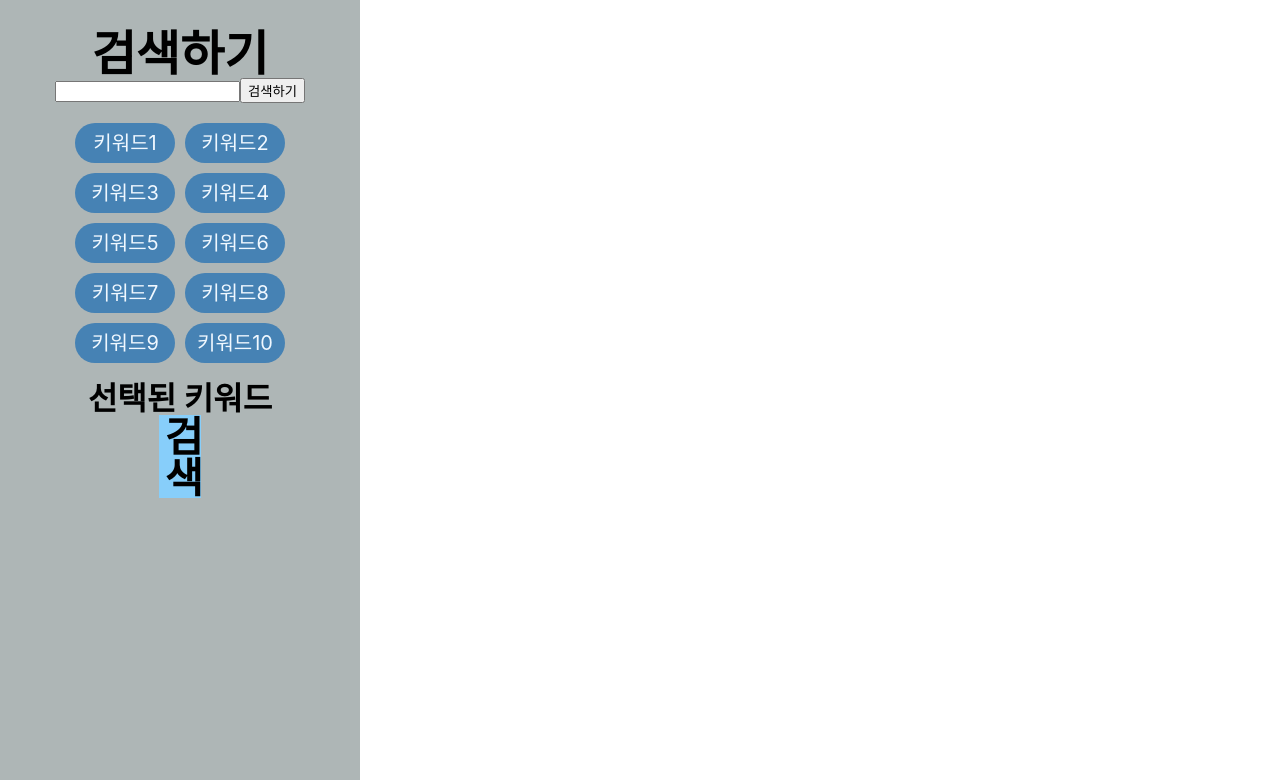
Repository: sunoo-lee/Star-Explore
Page: /
These files come from the project's save history. The page is drawn as it stood at one moment and after a run of saves; the edit follows.
The browser window is 1280 px wide. The pictures show the whole page.
The project was rebuilt for these pictures with package versions that can differ from the ones it lists, and the page was loaded fresh each time.

Above is the page before, as saved 2022-10-14 04:43:56.

### src/index.js
import React from "react";
import ReactDOM from "react-dom/client";
import "./reset.css";
import "./Style.css";
import App from "./components/App";
// import reportWebVitals from "./reportWebVitals";

const root = ReactDOM.createRoot(document.getElementById("root"));
root.render(
  <React.StrictMode>
    <App />
  </React.StrictMode>
);

// reportWebVitals();

### src/Style.css
html,
body,
#root {
  height: 100%;
}

body {
  margin: 0;
  font-family: -apple-system, BlinkMacSystemFont, "Segoe UI", "Roboto", "Oxygen",
    "Ubuntu", "Cantarell", "Fira Sans", "Droid Sans", "Helvetica Neue",
    sans-serif;
  -webkit-font-smoothing: antialiased;
  -moz-osx-font-smoothing: grayscale;
}

.container {
  height: 100%;
}

.nav {
  padding: 30px;
  background-color: rgb(174, 182, 182);
  width: 300px;
  display: flex;
  flex-direction: column;
  align-items: center;
  height: 100%;
}
.nav h1 {
  font-size: 3rem;
  font-weight: 700;
}
.keyword {
  padding: 20px;
}
.keyword ul {
  display: grid;
  grid-template-columns: 100px 100px;
  gap: 10px;
}
.keyword ul li {
  cursor: pointer;
}
.keyword ul li span {
  display: inline-block;
  font-size: 20px;
  width: 100px;
  height: 40px;
  line-height: 40px;
  text-align: center;
  background-color: lightskyblue;
  border-radius: 25px;
}

.keyword ul li .off {
  background-color: steelblue;
  color: aliceblue;
}
h2 {
  font-size: 2rem;
  font-weight: 700;
}
.selected span {
  display: inline-block;
  font-size: 1.2rem;
  margin: 10px;
}
.nav .nav_toggle {
  font-size: 2.6rem;
  font-weight: 700;
  writing-mode: vertical-lr;
  background-color: lightskyblue;
}

### src/components/App.js
import AppRouter from "./Router";

function App() {
  return (
    <>
      <AppRouter />
    </>
  );
}

export default App;

### src/components/Router.js
import { HashRouter as Router, Route, Routes } from "react-router-dom";
import Home from "../routes/Home";

const AppRouter = () => {
  return (
    <Router>
      <Routes>
        <Route exact path="/" element={<Home />} />
      </Routes>
    </Router>
  );
};

export default AppRouter;

### src/routes/Home.js
import React, { useState } from "react";

const Home = () => {
  const [select, setSelect] = useState([]);
  const onClick = (event) => {
    const keyword_btn = event.target;
    keyword_btn.className === "off"
      ? (keyword_btn.className = "on")
      : (keyword_btn.className = "off");

    const selected = event.target.innerText;
    if (keyword_btn.className === "on") {
      setSelect([...select, selected]);
    } else if (keyword_btn.className === "off") {
      setSelect(select.filter((key) => key !== selected));
    }
  };
  return (
    <div className="container">
      <div className="nav">
        <h1>검색하기</h1>
        <form>
          <input type="text" />
          <button>검색하기</button>
        </form>
        <div className="keyword">
          <ul>
            <li>
              <span className="off" onClick={onClick}>
                키워드1
              </span>
            </li>
            <li>
              <span className="off" onClick={onClick}>
                키워드2
              </span>
            </li>
            <li>
              <span className="off" onClick={onClick}>
                키워드3
              </span>
            </li>
            <li>
              <span className="off" onClick={onClick}>
                키워드4
              </span>
            </li>
            <li>
              <span className="off" onClick={onClick}>
                키워드5
              </span>
            </li>
            <li>
              <span className="off" onClick={onClick}>
                키워드6
              </span>
            </li>
            <li>
              <span className="off" onClick={onClick}>
                키워드7
              </span>
            </li>
            <li>
              <span className="off" onClick={onClick}>
                키워드8
              </span>
            </li>
            <li>
              <span className="off" onClick={onClick}>
                키워드9
              </span>
            </li>
            <li>
              <span className="off" onClick={onClick}>
                키워드10
              </span>
            </li>
          </ul>
        </div>
        <h2>선택된 키워드</h2>
        <div className="selected">
          {select.map((key, index) => (
            <span key={index}>{key}</span>
          ))}
        </div>
        <div className="nav_toggle">검색</div>
      </div>
    </div>
  );
};

export default Home;

Loaded but not shown: public/index.html (common file); src/reset.css (common file)

After the next 2 saves:
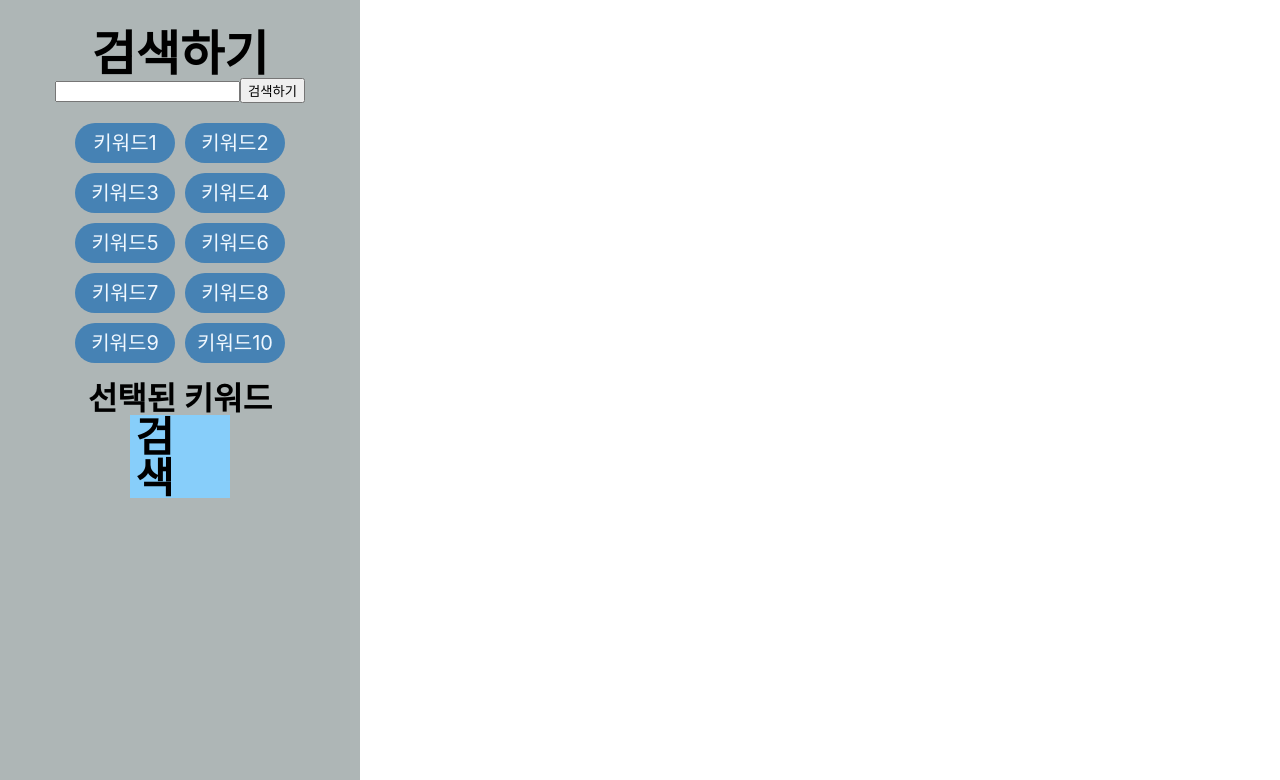
The 2 saves are shown as one change because they came seconds apart.
The last was saved 11 s later.
--- a/src/Style.css
+++ b/src/Style.css
@@ -70,4 +70,5 @@
   font-weight: 700;
   writing-mode: vertical-lr;
   background-color: lightskyblue;
+  width: 100px;
 }

After the save that followed:
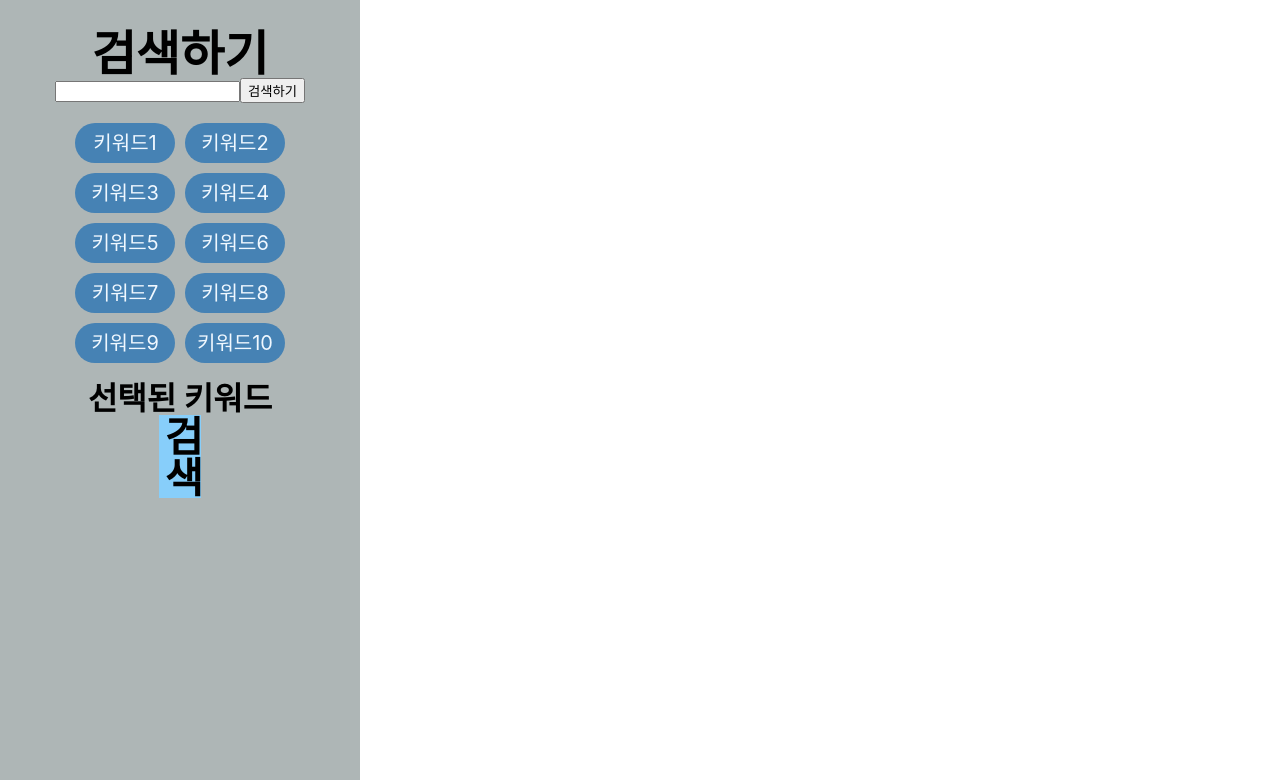
Saved 12 s later.
--- a/src/Style.css
+++ b/src/Style.css
@@ -70,5 +70,5 @@
   font-weight: 700;
   writing-mode: vertical-lr;
   background-color: lightskyblue;
-  width: 100px;
+  /* width: 100px; */
 }
